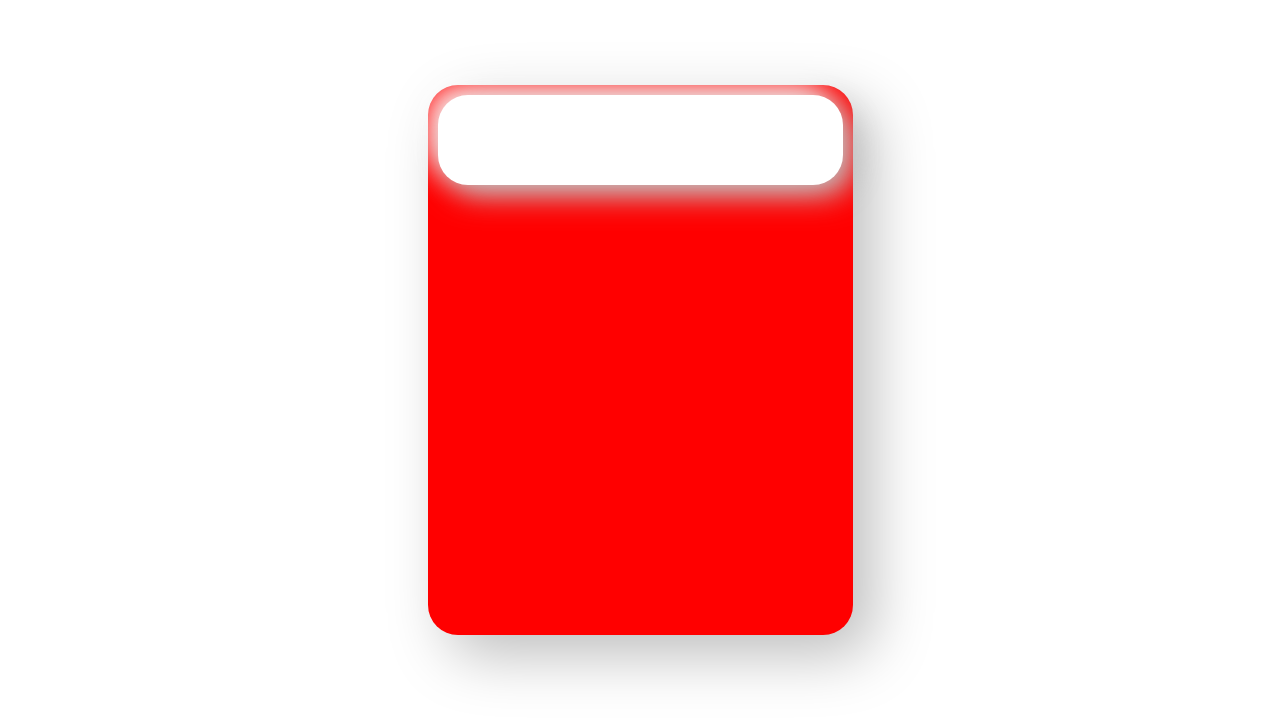
Repository: janidulnkg1/react-prac
Page: / (app in calculator/)
An editor plug-in stored every save of this project. The page is shown before and after the next save, followed by the edit.
The browser window is 1280 px wide. The pictures show the whole page.
The project was rebuilt for these pictures with package versions that can differ from the ones it lists, and the page was loaded fresh each time. Also part of the build but not shown: calculator/src/App.css, calculator/src/components/Button.module.css.

Above is the page before, as saved 2023-09-15 10:54:43.

### calculator/src/App.js
import logo from './logo.svg';
import './App.css';
import Home from './components/Home';

function App() {
  return (
    <>
    <Home/>
    </>
  );
}

export default App;

### calculator/src/components/Home.js
import React from 'react'
import classes from "./Home.module.css"
import Button from './Button'


function Home() {

const buttons = ["0","1","2","3","4","5","6","7","8","9","+","-","*","/","=","C","Del"]






  return (
    <div className={classes.home}>
      <div className={classes.inner}>
        <div className={classes.result}>
          <div className={classes.resbox}>
            </div>
        </div>
      </div>
      <div className={classes.btns}>

      </div>

    </div>
  )
}

export default Home

### calculator/src/components/Home.module.css
*{
    padding: 0;
     margin: 0;
     box-sizing: border-box;
}

.home{
    height: 100vh;
    width: 100vw;
    display: flex;
    justify-content: center;
    align-items: center;
}

.inner{
    background-color:red;
    height: 550px;
    width: 425px;
    border-radius: 30px;
    /*background-color: #ece1e1;*/
    box-shadow: 20px 20px 60px #bebebe,
     -20px -20px 60px #ffffff;
}

.result{
    font-size: 2rem;
    width: 405px;
    height: 90px;
    scrollbar-width: none;
    margin: auto;
    margin-top: 10px;
    margin-bottom: 10px;
    border-radius: 30px;
    background: white;
    box-shadow: 10px 10px 30px #bebebe,
    -10px -10px 30px #ffffff;
}

.resbox{
    width: 390px;
    height: min-content;
    overflow-y: auto;
    padding-left: 10px;
    padding-right: 10px;
    text-align: right;
}

### calculator/src/components/Button.js
import React from 'react'
import classes from "./Button.module.css"

function Button() {
  return (
    <div>Button</div>
  )
}

export default Button

Loaded but not shown: calculator/public/index.html (common file); calculator/src/index.js (common file); calculator/src/index.css (common file); calculator/src/reportWebVitals.js (common file)

After the next save:
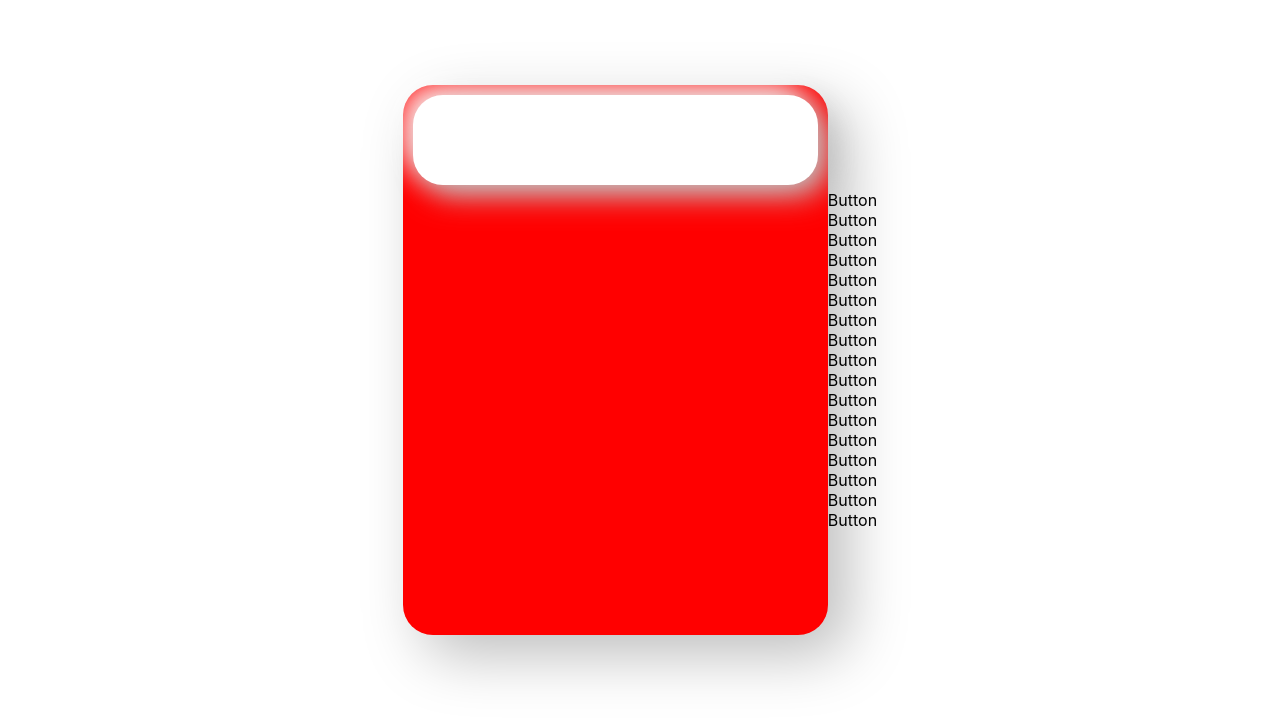
Saved 2 min 7 s later.
--- a/calculator/src/components/Home.js
+++ b/calculator/src/components/Home.js
@@ -21,7 +21,7 @@ const buttons = ["0","1","2","3","4","5","6","7","8","9","+","-","*","/","=","C"
         </div>
       </div>
       <div className={classes.btns}>
-
+        {buttons.map((ele,index)=> {return <Button value={ele} key={index}/>})}
       </div>
 
     </div>
